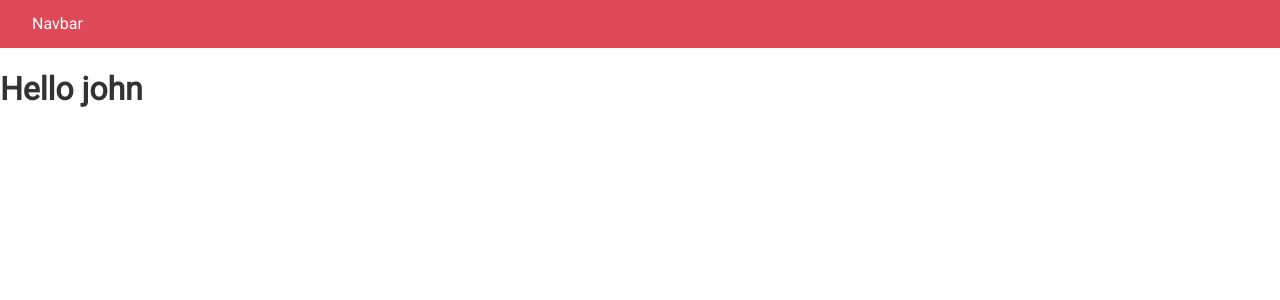
Repository: guicattani/fluffy-tribble-finder
Page: /
The author's editor kept a copy of each file at every save. The page is drawn from the files as they stood at one save, then again after the next save.
The browser window is 1280 px wide. The pictures show the whole page.
The project was rebuilt for these pictures with package versions that can differ from the ones it lists, and the page was loaded fresh each time.

Above is the page before, as saved 2020-02-26 15:42:20.

After the next save:
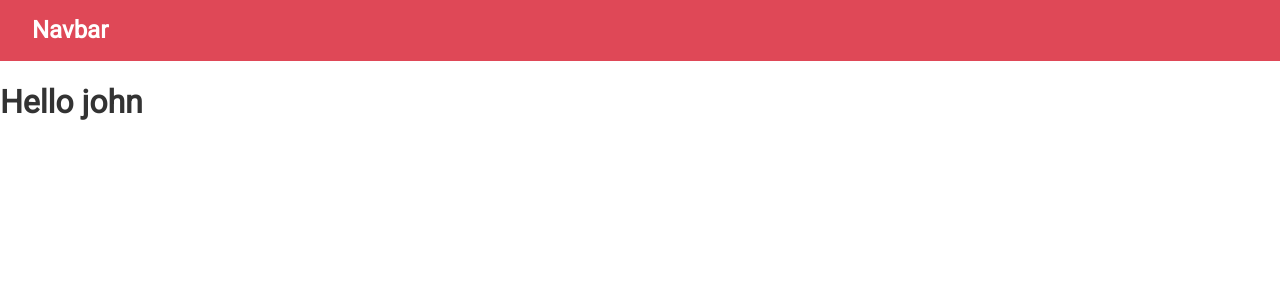
Saved 2 min 22 s later.
--- a/src/components/layout/Navbar.js
+++ b/src/components/layout/Navbar.js
@@ -1,10 +1,9 @@
 import React, { Component } from 'react'
-
 export class Navbar extends Component {
   render() {
     return (
       <nav className="navbar bg-primary">
-        Navbar
+        <h1>Navbar</h1>
       </nav>
     )
   }
